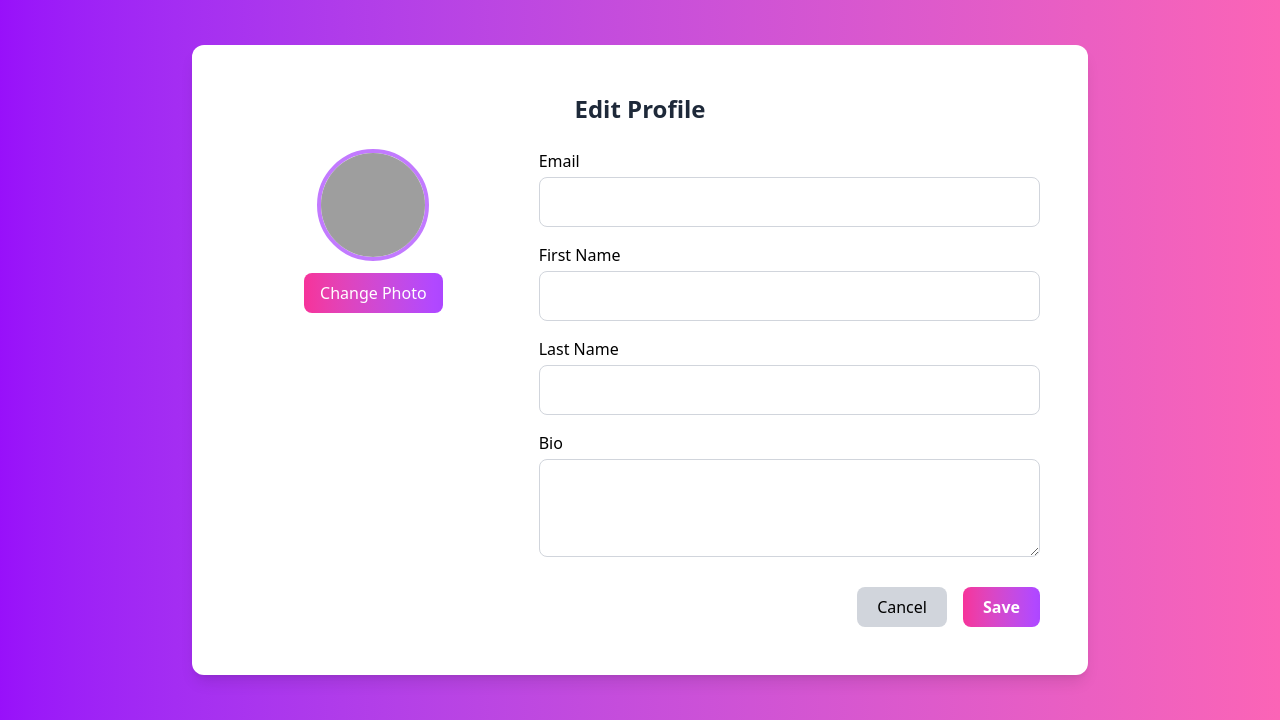
Repository: Tushal27/LinkdPlus-Frontend
Page: /Edit-Profile
The author's editor kept a copy of each file at every save. The page is drawn from the files as they stood at one save, then again after the next save.
The browser window is 1280 px wide. The pictures show the whole page.
Pictures or frames that could not be fetched are drawn as grey boxes. The page's requests for data from a server got no answer. The project was rebuilt for these pictures with package versions that can differ from the ones it lists, and the page was loaded fresh each time. No one was signed in, and anything a server would have sent is missing. Also part of the build but not shown: vite.config.js, src/pages/Login.jsx, src/pages/Register.jsx, src/components/Navbar.jsx, src/components/Features.jsx, src/components/AboutUs.jsx, src/pages/HomePage.jsx, src/components/CommentsDrawer.jsx and 5 more.

Above is the page before, as saved 2025-08-15 00:00:44.

After the next save:
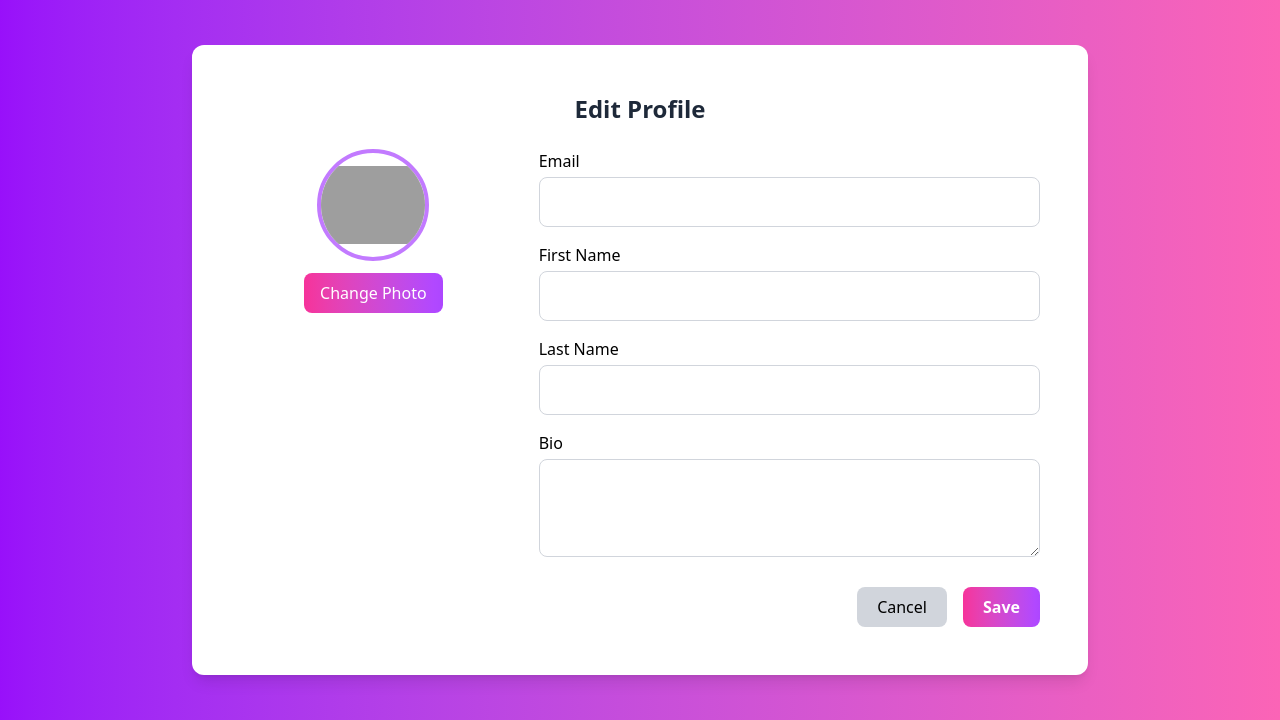
Saved 29 s later.
--- a/src/pages/EditProfile.jsx
+++ b/src/pages/EditProfile.jsx
@@ -68,7 +68,7 @@ export default function EditProfile() {
                   : "https://www.kindpng.com/picc/m/722-7221920_placeholder-profile-image-placeholder-png-transparent-png.png"
               }
               alt="Avatar"
-              className="w-28 h-28 rounded-full object-cover border-4 border-purple-400 mb-3"
+              className="w-28 h-28 rounded-full object-contain border-4 border-purple-400 mb-3"
             />
             <label className="bg-gradient-to-r from-pink-500 to-purple-500 px-4 py-2 rounded-lg text-white cursor-pointer hover:opacity-90">
               Change Photo
